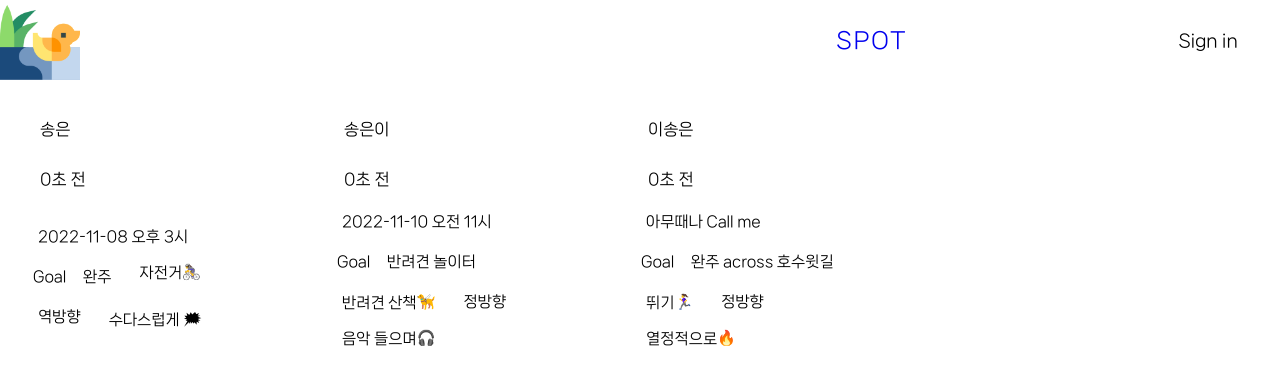
Repository: songeunleee/youngrangho
Page: /
An editor plug-in stored every save of this project. The page is shown before and after the next save, followed by the edit.
The browser window is 1280 px wide. The pictures show the whole page.
Some web libraries are served in a nearby version. The project was rebuilt for these pictures with package versions that can differ from the ones it lists, and the page was loaded fresh each time. Some packages were replaced by stand-ins written for this rebuild. Also part of the build but not shown: src/app.module.css, src/components/activity/activity.module.css, src/components/footer/footer.module.css, src/components/footer/footer.jsx, src/components/home/home.module.css, src/components/home/home.jsx, src/components/add_spot/add_spot.module.css, src/components/add_spot/add_spot.jsx and 6 more.

Above is the page before, as saved 2022-11-08 07:00:17.

After the next save:
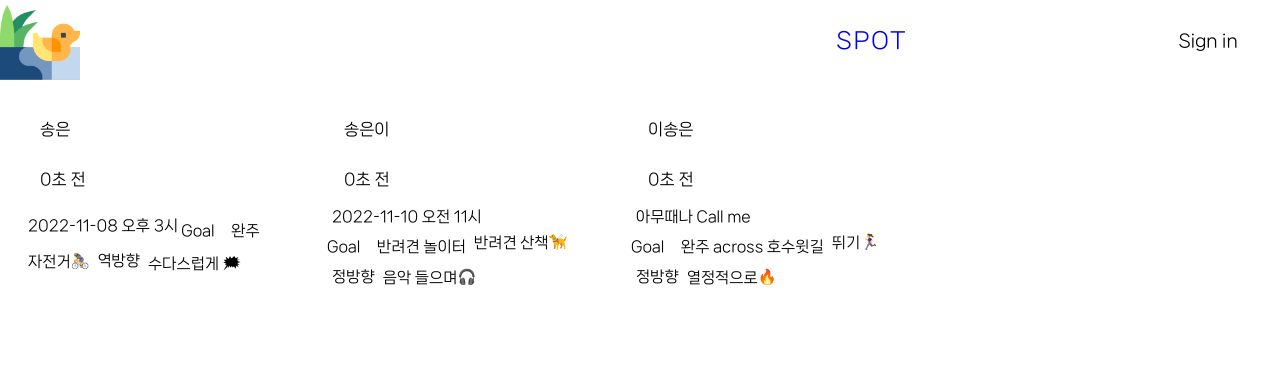
Saved 59 s later.
--- a/src/components/activity_item/activity_item.module.css
+++ b/src/components/activity_item/activity_item.module.css
@@ -42,7 +42,7 @@
   background-color: mainLightBlue;
   width: fit-content;
   border-radius: 18px;
-  padding: 5px 10px;
+
   margin: 0.25rem 0.25rem;
   display: flex;
   align-items: center;

After the save that followed:
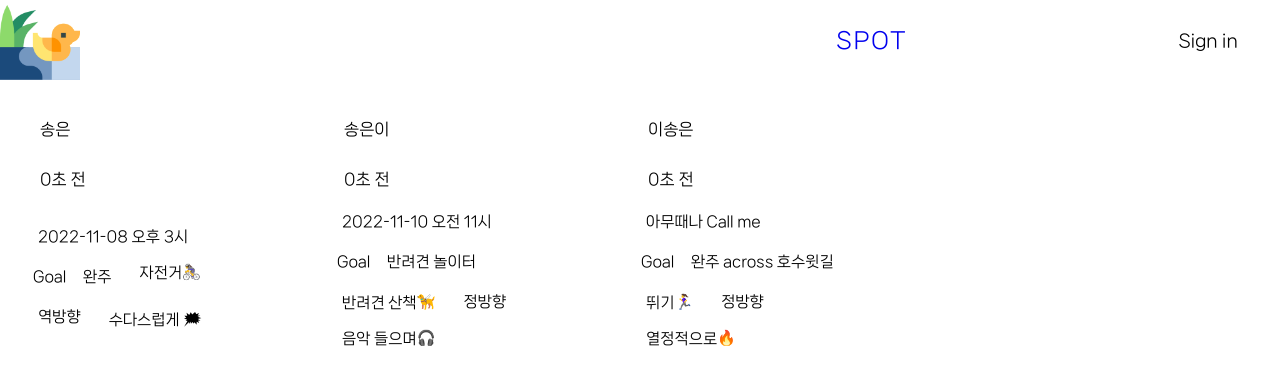
Saved 12 s later.
--- a/src/components/activity_item/activity_item.module.css
+++ b/src/components/activity_item/activity_item.module.css
@@ -42,7 +42,7 @@
   background-color: mainLightBlue;
   width: fit-content;
   border-radius: 18px;
-
+  padding: 5px 10px;
   margin: 0.25rem 0.25rem;
   display: flex;
   align-items: center;
